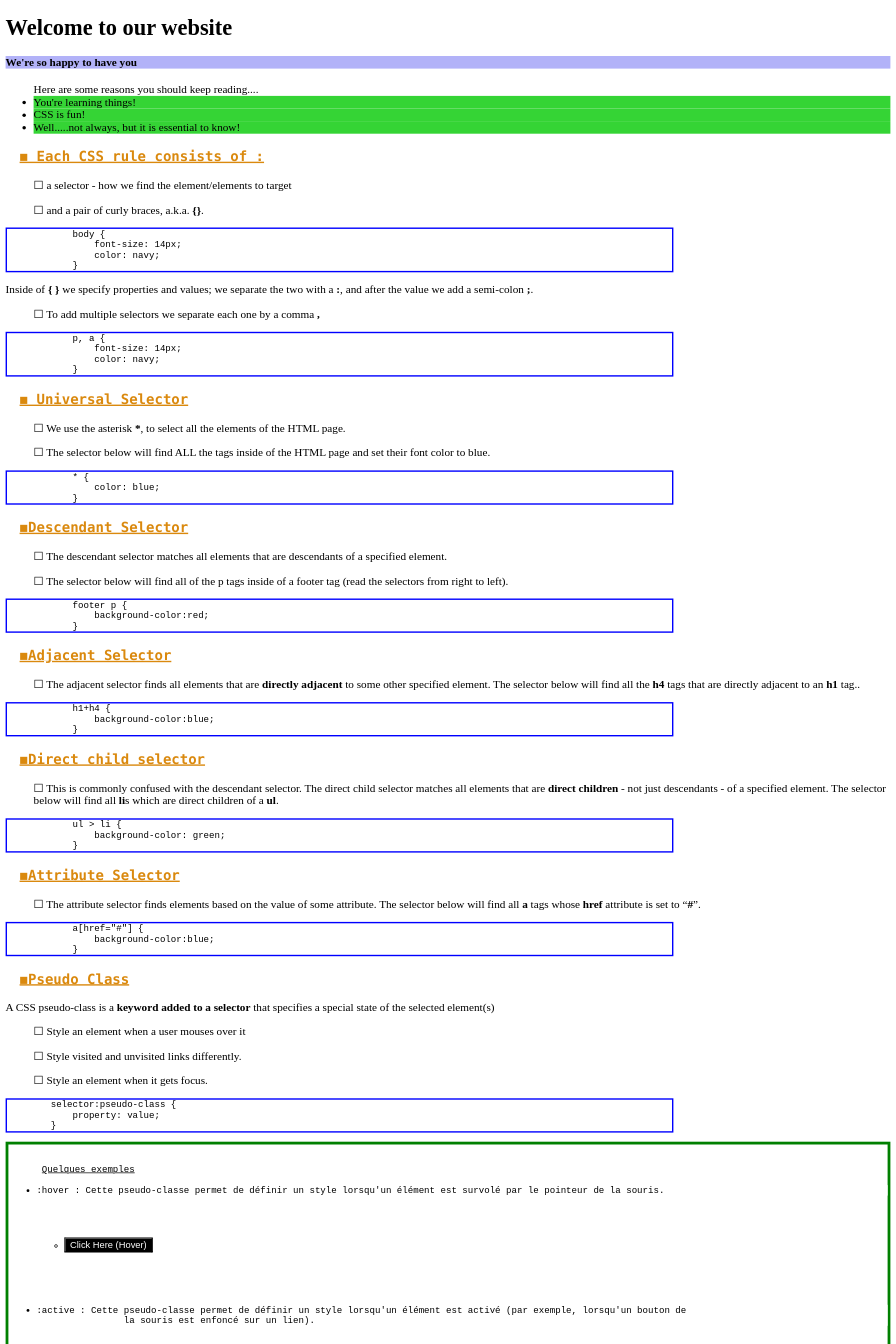
Repository: AnnaSpirit/Tests__
Page: CSS/Useful_Selectors.html
These files come from the project's save history. The page is drawn as it stood at one moment and after the next save; the edit follows.
The browser window is 1280 px wide. The pictures show the part of the page from y = 0 to 1920 px (the page is 2638 px tall before and 720 px after), at 70% of full size.

Above is the page before, as saved 2024-04-01 18:45:36.

After the next save:
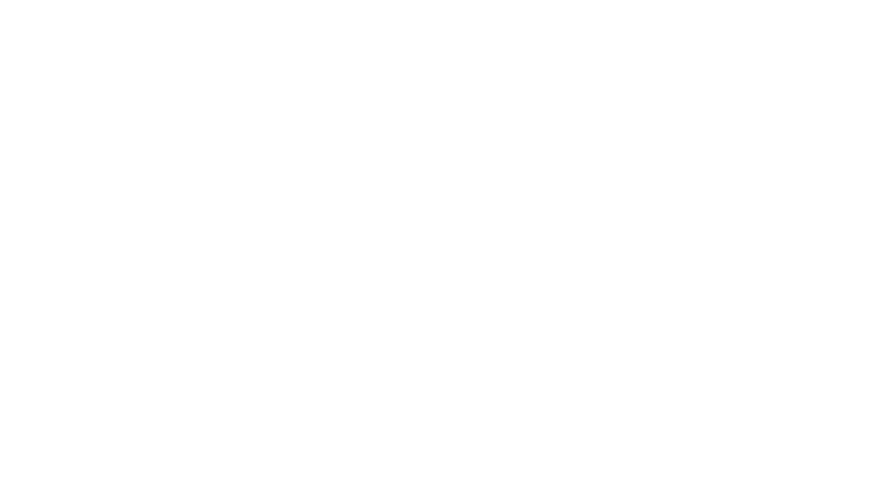
Saved 21 s later.
--- a/CSS/style_Selectors.css
+++ b/CSS/style_Selectors.css
@@ -3,7 +3,7 @@
     color: brown;
 } */
 
-* text-node.hidden {
+* {
     display: none;
     /* Cache complètement les nœuds texte */
 }

After the save that followed:
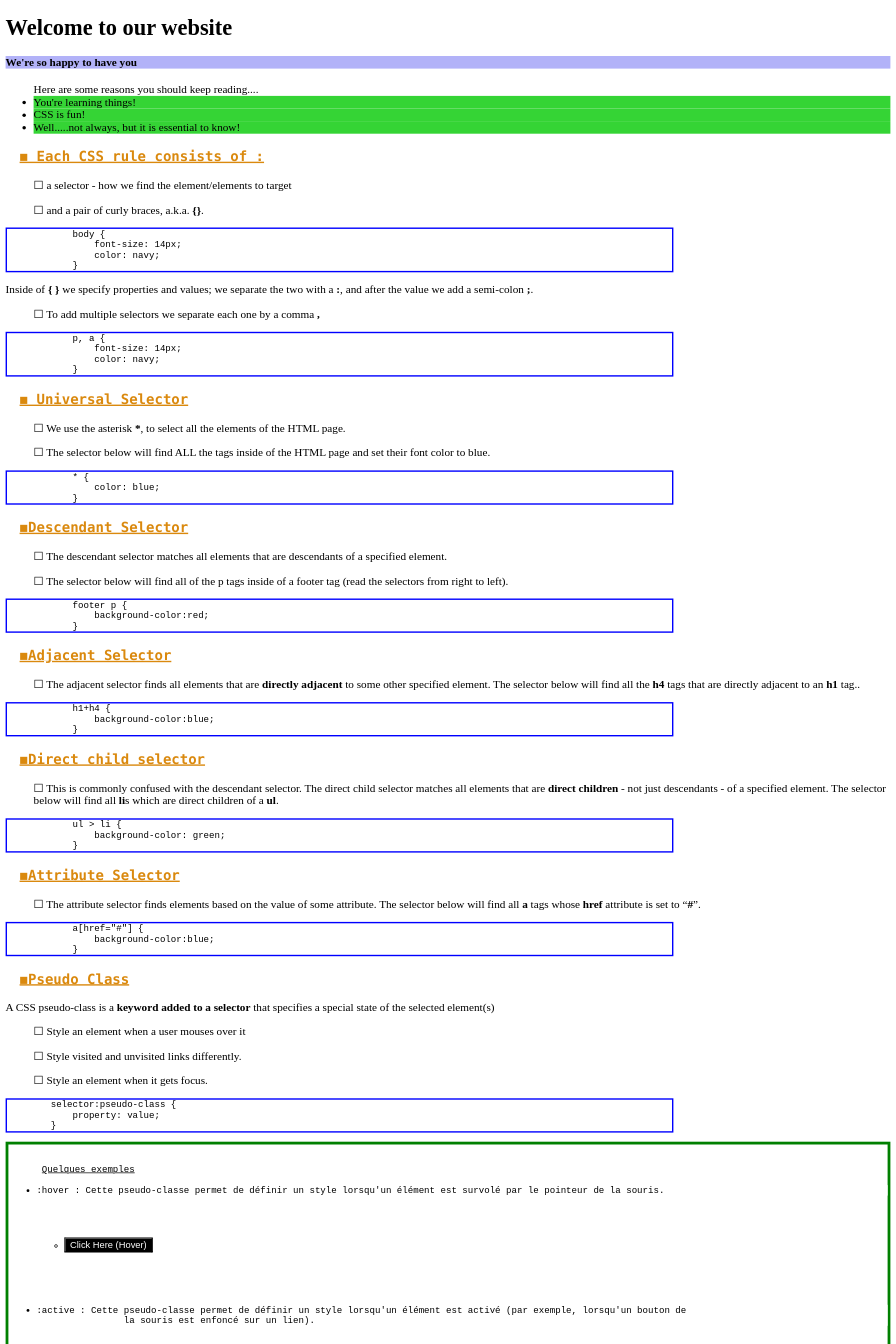
Saved 4 min 46 s later.
--- a/CSS/style_Selectors.css
+++ b/CSS/style_Selectors.css
@@ -3,7 +3,12 @@
     color: brown;
 } */
 
-* {
+.text-node {
+    white-space: nowrap;
+    /* Empêche le saut de ligne */
+}
+
+.text-node.hidden {
     display: none;
     /* Cache complètement les nœuds texte */
 }
